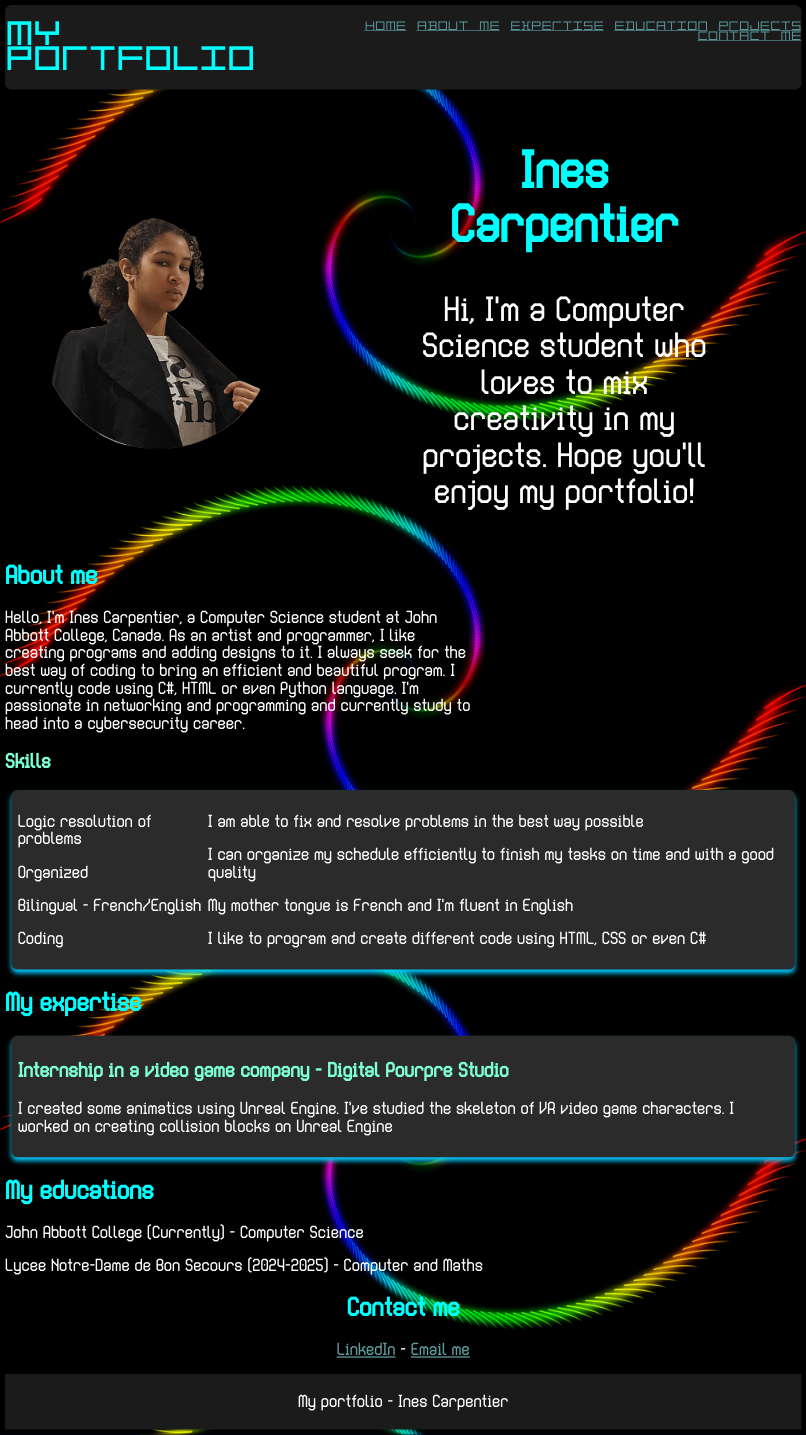
Repository: InsCarp/InsCarp
Page: index.html
An editor plug-in stored every save of this project. The page is shown before and after the next save, followed by the edit.
The browser window is 1280 px wide. The pictures show the whole page, at 63% of full size.
Backgrounds fixed to the window are drawn as part of the page.

Above is the page before, as saved 2026-05-12 10:48:43.

### index.html
<!DOCTYPE html>
<html lang="en">
<head>
    <meta charset="UTF-8">
    <meta name="viewport" content="width=device-width, initial-scale=1.0">
    <link rel="icon" href="/assets/images/Logo.svg" type="image/svg" />
    <link rel="stylesheet" href="/styles/globals.css" type="text/css"/>
    <link rel="stylesheet" href="/styles/index.css" type="text/css"/>

    <title>Portfolio - Ines Carpentier</title>
</head>
<header>

     <h1 id="Title">My portfolio</h1>

        <nav>
        <a href="index.html">Home</a>
        <a href="#About">About me</a>
        <a href="#Expertise">Expertise</a>
        <a href="#Education">Education</a>
        <a href="project.html">Projects</a> <!--Put my project page here-->
        <a href="#Contact">Contact me</a>
        </nav>


</header>
<body>
    <div class="Intro">
        <article>
            <img
               src="/assets/images/me.png" id="Me" alt="My image"/>
        </article>
        <article id="intro">
            <h2>Ines Carpentier</h2>
            <p>Hi, I'm a Computer Science student who loves to mix creativity in my projects.
                Hope you'll enjoy my portfolio!</p>
        </article>
    </div>

        <h2 id="About">About me</h2>
        <div class="about">
            <p>Hello, I'm Ines Carpentier, a Computer Science student at John Abbott College, Canada. As an artist and programmer, I like creating programs and adding designs to it. I always seek for the
             best way of coding to bring an efficient and beautiful program. I currently code using C#, HTML or even Python language. I'm passionate in networking and programming and currently study to head into a cybersecurity career.
            </p>
        </div>
        <h3>Skills</h3>
        <section class="Skills">
            <article>
            <p>Logic resolution of problems</p>
            <p>Organized</p>
            <p>Bilingual - French/English</p>
            <p>Coding</p>
        </article>
        <article>
            <p>I am able to fix and resolve problems in the best way possible</p>
            <p>I can organize my schedule efficiently to finish my tasks on time and with a good quality</p>
            <p>My mother tongue is French and I'm fluent in English</p>
            <P>I like to program and create different code using HTML, CSS or even C#</P>
        </article>
        </section>


        <h2 id="Expertise">My expertise</h2>
        <section>
            <article>
            <h3>Internship in a video game company - Digital Pourpre Studio</h3>
            <p>I created some animatics using Unreal Engine. I've studied the skeleton of VR video game characters. I worked on creating collision blocks on Unreal Engine</p>
        </article>
        </section>


        <h2 id="Education">My educations</h2>
        <p>John Abbott College (Currently) - Computer Science
        </p>
        <p>Lycee Notre-Dame de Bon Secours (2024-2025) - Computer and Maths</p>

        <div class="Contact">
         <h2 id="Contact">Contact me</h2>
         <p><a href="https://www.linkedin.com/in/ines-carpentier-690b8b387/" target="blank">LinkedIn</a> - <a href="mailto:carpentierines4@gmail.com">Email me</a></p>
        </div>
</body>
<footer>
    <p>My portfolio - Ines Carpentier</p>
</footer>
</html>

### styles/globals.css
@font-face {
    font-family: Title;
    src: url(/assets/fonts/Y224-2vdae.ttf);
}
@font-face {
    font-family: Portfolio;
    src: url(/assets/fonts/Eightgon-OGn6p.ttf);
}

html{
    font-size:25px;
}

a {
    color:cadetblue;
}

a:visited{
    color:aquamarine;
}
a:hover{
    color:greenyellow;
}
a:active{
    color:yellow;
}

body{
    background-color:rgb(0, 2, 36);
    color:rgb(255, 255, 255);
    background-image: url(../assets/images/back.gif);
    background-size: cover;
    background-repeat: no-repeat;
    background-attachment: fixed;
    font-family: Portfolio;
}




h1, h2{
    color:aqua;

}

h3{
    color:aquamarine;
}


header {
    position:sticky;
    top:0;
    display: flex;
    flex-direction: row;
    font-family: Title;
    background-color:rgb(27, 27, 27);
    font-size:0.5rem;


}
nav{
    display:none;
}

footer{

    text-align: center;
    background-color:rgb(27, 27, 27);
    padding:0.2rem;


}

@media only screen and (min-width: 800px){
    header {
    justify-content: space-between;
    border-radius: 10px;
    font-size:0.8rem;

}
nav{
    text-align:right;
    display:initial;
    font-size:0.4rem;
    margin-top:10px;


}
}

@media only screen and (min-width: 1200px){
    header {
    display: flex;
    flex-direction: row;
    font-family: Title;
    justify-content: space-between;



}
nav{
    text-align:right;
    display:initial;
    font-size:0.6rem;
    margin-top:2%;



}
}

### styles/index.css
.Intro{
    margin-top: 1rem;
    display:flex;
    flex-direction: column;
    align-items: center;
}

#intro{

    text-align: center;
    font-size:2rem;

}

#Me{
    margin-top: 1rem;
    width:15rem;
}


section{
    display: flex;
    flex-direction:row;
    justify-content: space-between;

    margin: 10px;
  background-color:rgb(43, 43, 43);
  padding:10px;
  border: 3px;
  border-radius:10px;
  box-shadow: 0 6px 8px 0 rgb(0, 204, 255);
  opacity: 20;

}

.Contact{
    text-align: center;
}

@media only screen and (min-width: 800px){
    .Intro{
    margin-top: 1rem;
    display:flex;
    flex-direction: row;
    justify-content: space-between;
}

#intro{

    text-align: center;
    font-size:2rem;
    width: 20rem;
    margin-right: 10%;
}




.about{
    width:30rem;
}
}

@media only screen and (min-width: 800px){
    #Me{
    margin-left:15%;
}
}

After the next save:
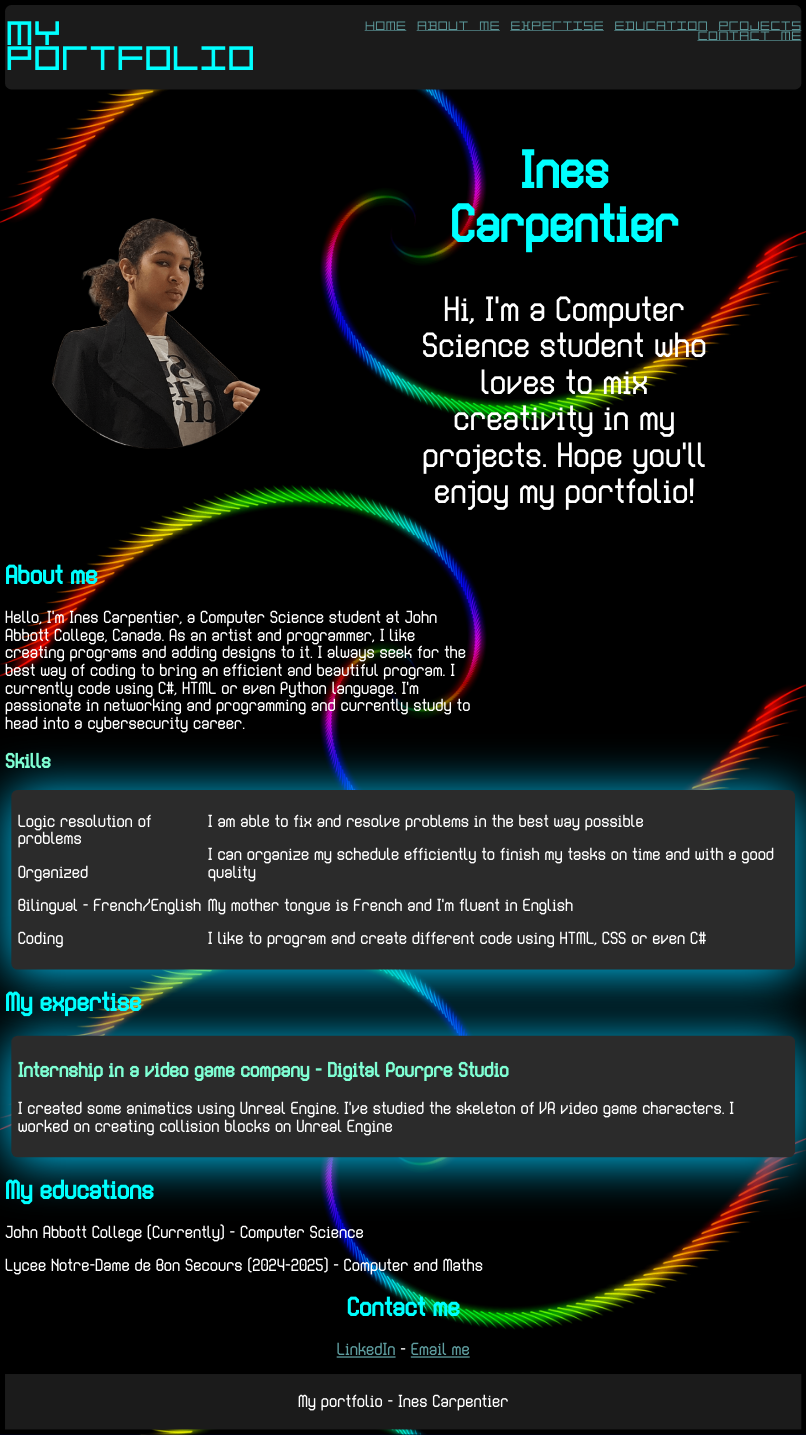
Saved 4 s later.
--- a/styles/index.css
+++ b/styles/index.css
@@ -28,7 +28,7 @@ section{
   padding:10px;
   border: 3px;
   border-radius:10px;
-  box-shadow: 0 6px 8px 0 rgb(0, 204, 255);
+  box-shadow: 0 6px 80px 0 rgb(0, 204, 255);
   opacity: 20;
 
 }
